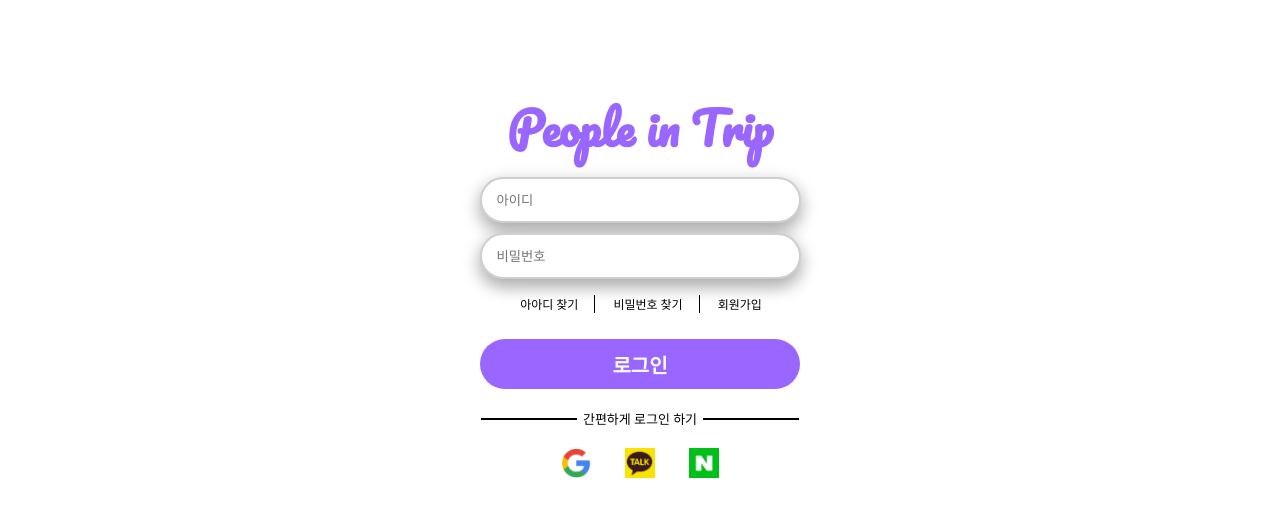
Repository: kimjinmin4535/ezen_loginteam
Page: http://localhost/Ezen_Project/login/login.jsp
The author's editor kept a copy of each file at every save. The page is drawn from the files as they stood at one save, then again after the next save.
The browser window is 1280 px wide. The pictures show the whole page.
The page is served by Tomcat 9. Other server files are loaded and not shown.

Above is the page before, as saved 2022-07-05 08:19:05.

### Ezen_Project/src/main/webapp/login/login.jsp
<%@ page language="java" contentType="text/html; charset=UTF-8"
    pageEncoding="UTF-8"%>
<!DOCTYPE html>
<html>
<head>
<meta charset="UTF-8">
<title>로그인</title>
<link rel="stylesheet" href="../resources/css/login/login.css" />
<link href='https://fonts.googleapis.com/css?family=Pacifico' rel='stylesheet'>
</head>
<body>
	<div class="login_form">
		<h1>People in Trip</h1>
		<form action="#">
			<div>
				<input type="text" placeholder="아이디" id="login_id" onfocus="this.placeholder='';" onblur="this.placeholder='아이디'" /><br>
				<input type="password" placeholder="비밀번호" id="login_pw" onfocus="this.placeholder='';" onblur="this.placeholder='비밀번호'" />
				<ul>
					<li id="login_menu"><a href="#" id="login_menu">아아디 찾기</a></li>
					<li id="login_menu"><a href="#" id="login_menu">비밀번호 찾기</a></li>
					<li id="login_menu"><a href="#" id="login_menu">회원가입</a></li>
				</ul>
				<button type="submit" id="login_bt"><strong>로그인</strong></button>
			</div>
		</form>
		<div>
			<p id="login_ez">간편하게 로그인 하기</p><br>
			<a href="#"><img src="../resources/images/google.png" /></a>
			<a href="#"><img src="../resources/images/kakao.png" /></a>
			<a href="#"><img src="../resources/images/naver.png" /></a>
		</div>
	</div>
</body>
</html>

### Ezen_Project/src/main/webapp/resources/css/login/login.css
@charset "UTF-8";

.login_form {
	text-align: center;
	margin-top: 7%;
}

#login_menu {
	text-decoration: none;
	list-style: none;
	display: inline-block;
	color: black;
	font-size: 12px;
	border-left: 1px solid black;
	padding: 0px 40px 0px 20px;
	margin: 0px -23px 0px -22px;
}
#login_menu:first-child {
	border-left: none;
}

h1 {
	color: #9966ff;
	font-family: Pacifico;
	font-size: 45px;
	margin-bottom: 10px;
}

#login_id {
	border-radius: 25px;
	height: 40px;
	width: 300px;
	padding-left: 15px;
	border: 2px solid #d0cece;
	box-shadow: 0 8px 16px 0 rgba(0,0,0,0.2), 0 6px 20px 0 rgba(0,0,0,0.19);
	outline: none;

}

#login_pw {
	border-radius: 25px;
	height: 40px;
	width: 300px;
	margin-top: 10px;
	padding-left: 15px;
	border: 2px solid #d0cece;
	box-shadow: 0 8px 16px 0 rgba(0,0,0,0.2), 0 6px 20px 0 rgba(0,0,0,0.19);
	outline: none;
}

#login_bt {
	border-radius: 25px;
	height: 50px;
	width: 320px;
	margin-top: 10px;
	background-color: #9966ff;
	border: #9966ff;
	color: white;
	cursor: pointer;
	font-size: 20px;
}

#login_ez {
	display: inline-flex;
	align-items: center;
	color: black;
	font-size: 13px;
	margin: 20px 0px;
	width: 330px;
}
#login_ez::before,
#login_ez::after {
	content: "";
	flex-grow: 1;
	background: black;
	height: 2px;
	font-size: 0px;
	line-height: 0px;
	margin: 0px 6px;
}

img {
	width: 30px;
	height: 30px;
	margin-right: 15px;
	margin-left: 15px;
}

After the next save:
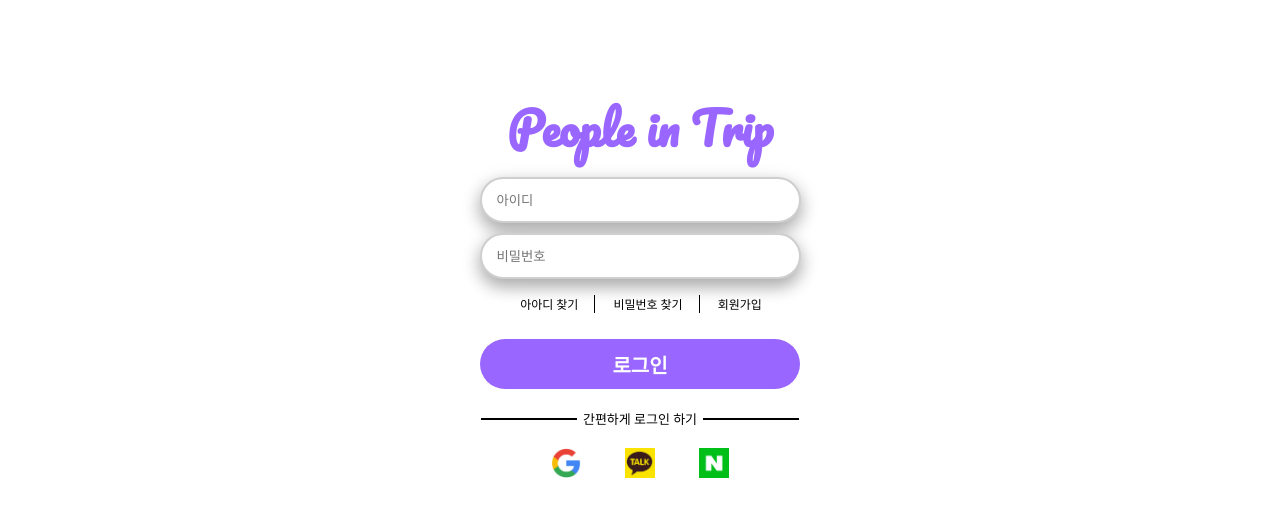
Saved 19 s later.
--- a/Ezen_Project/src/main/webapp/resources/css/login/login.css
+++ b/Ezen_Project/src/main/webapp/resources/css/login/login.css
@@ -82,6 +82,6 @@
 img {
 	width: 30px;
 	height: 30px;
-	margin-right: 15px;
-	margin-left: 15px;
+	margin-right: 20px;
+	margin-left: 20px;
 }
